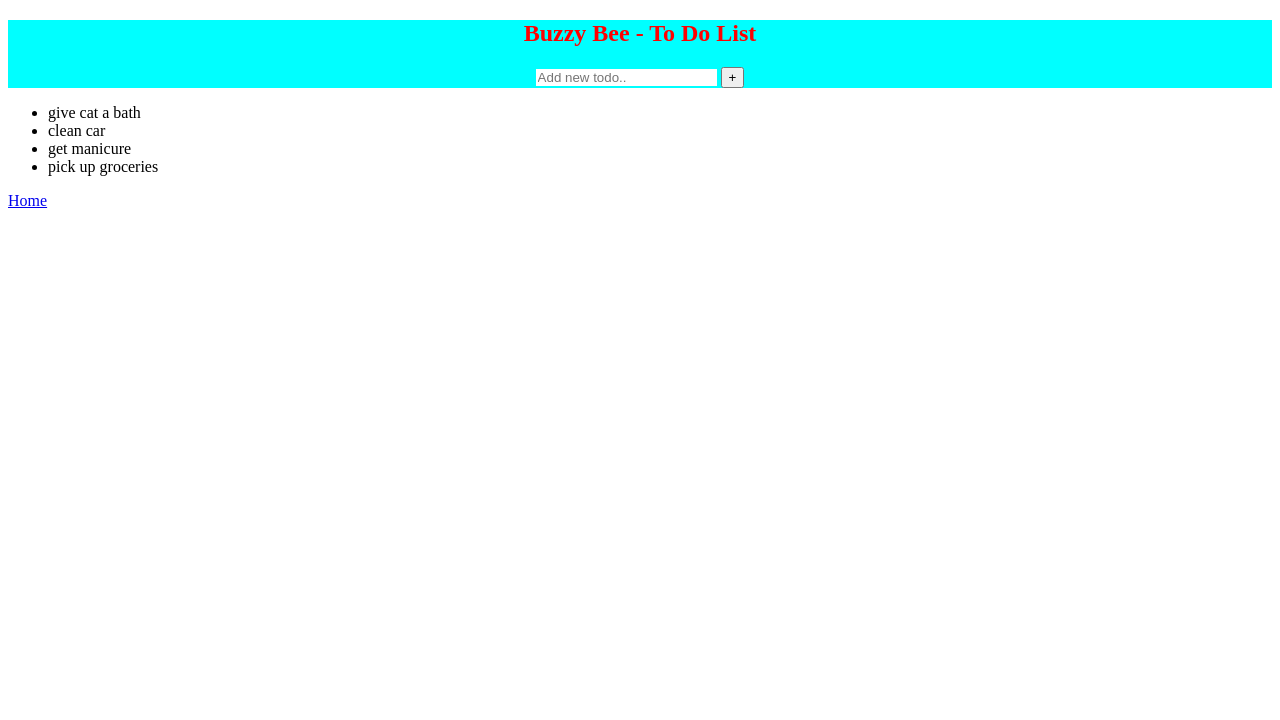
Repository: seleniadelgado/backend-spring2020-angie
Page: projects/todo/public_html/index.html
These files come from the project's save history. The page is drawn as it stood at one moment and after the next save; the edit follows.
The browser window is 1280 px wide. The pictures show the whole page.
The page's requests for data from a server got no answer.

Above is the page before, as saved 2020-05-12 15:41:24.

### projects/todo/public_html/index.html
<!DOCTYPE html>

<html lang="en">
    <head>
        <meta charset="utf-8">
        <title>Buzzy Bee - To Do List</title>
        <meta name="description" content="The HTML5 Herald">
        <meta name="author" content="SitePoint">
        <link rel="stylesheet" href="styles.css">
        <script
            src="https://code.jquery.com/jquery-3.5.0.min.js"
            integrity="sha256-xNzN2a4ltkB44Mc/Jz3pT4iU1cmeR0FkXs4pru/JxaQ="
            crossorigin="anonymous">
        </script>
</head>
<body>
    <div class="sectionTitle">
        <div class="appTitle">
            <h2>Buzzy Bee - To Do List</h2>
        </div>
        <div id="addNote">
            <input type="text" id="newNote" placeholder="Add new todo..">
            <button class="addBtn">+</button>
        </div>
    </div>

    <ul id="myList">
        <li>give cat a bath</li>
        <li>clean car</li>
        <li>get manicure</li>
        <li>pick up groceries</li>
    </ul>





















    <a href="http://localhost:3000/">Home</a>



    <script>
        $(document).ready(() => {
            let objectToSend = {
                note: "Do somethings",
                author: "Nick"
            }

            $.post("http://localhost:3000/newNote", objectToSend, (dataToGet) => {
                console.log(dataToGet);
            });
            $.post("http://localhost:3000/readNotes", {}, (dataToGet) => {
                let allNotesArray = dataToGet.notes;

                console.log(allNotesArray);
            })
        })

        //import the data from default user
        // make JSON into JS with parse.
        //with the list we want to populate our ul.
        //use jquery to access the dom, grab the string
        //loop over notes
        //add the note as an li to the ul
        //  Create li with jquery.
        //  target the ul with jquery and append the li.
        //note: $('<li></li>'')
        //      $('ul') -> a jquery list which holds the ul.
        //      get 1st element from the array

    </script>
</body>
</html>

### projects/todo/public_html/styles.css
html {
    background-color: linear-gradient(#FC5C7D, #6A82FB);
}

.sectionTitle {
    background-color: aqua;
    text-align: center;
}

.appTitle {
    color: red;
}
#addNote #newNote {
    border: none;
}

After the next save:
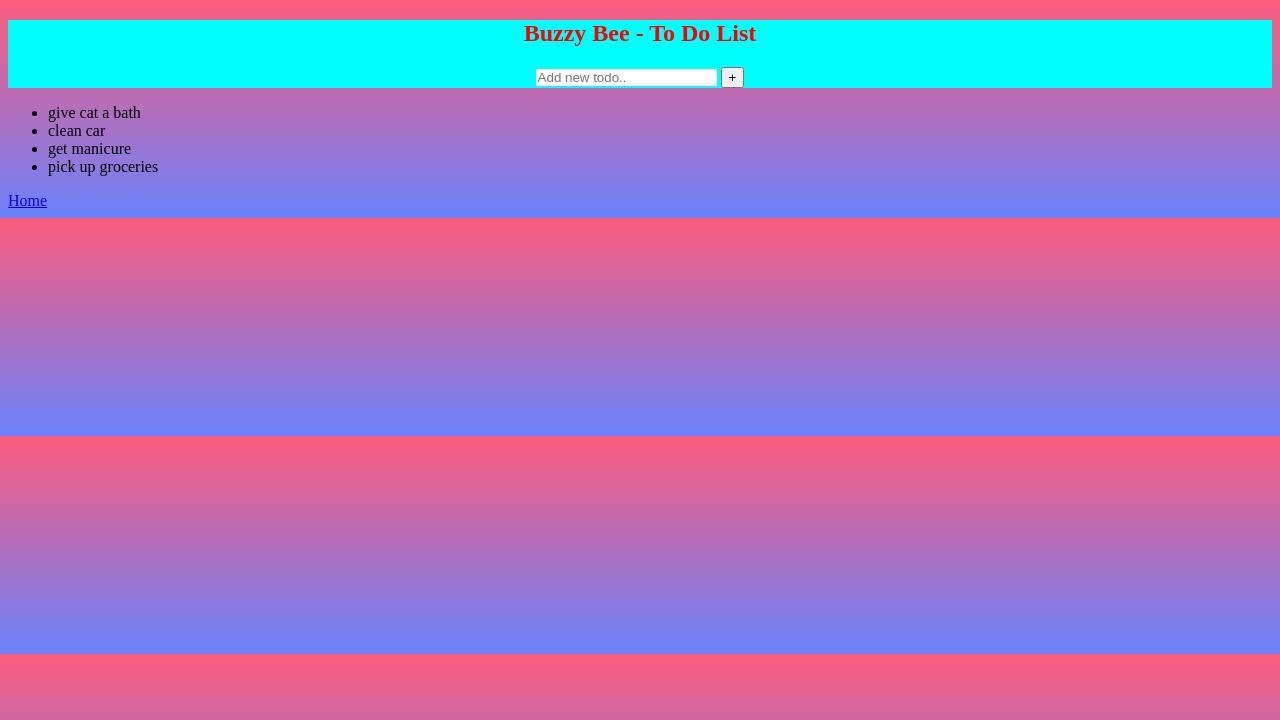
Saved 50 s later.
--- a/projects/todo/public_html/styles.css
+++ b/projects/todo/public_html/styles.css
@@ -1,5 +1,5 @@
 html {
-    background-color: linear-gradient(#FC5C7D, #6A82FB);
+    background: linear-gradient(#FC5C7D, #6A82FB);
 }
 
 .sectionTitle {
